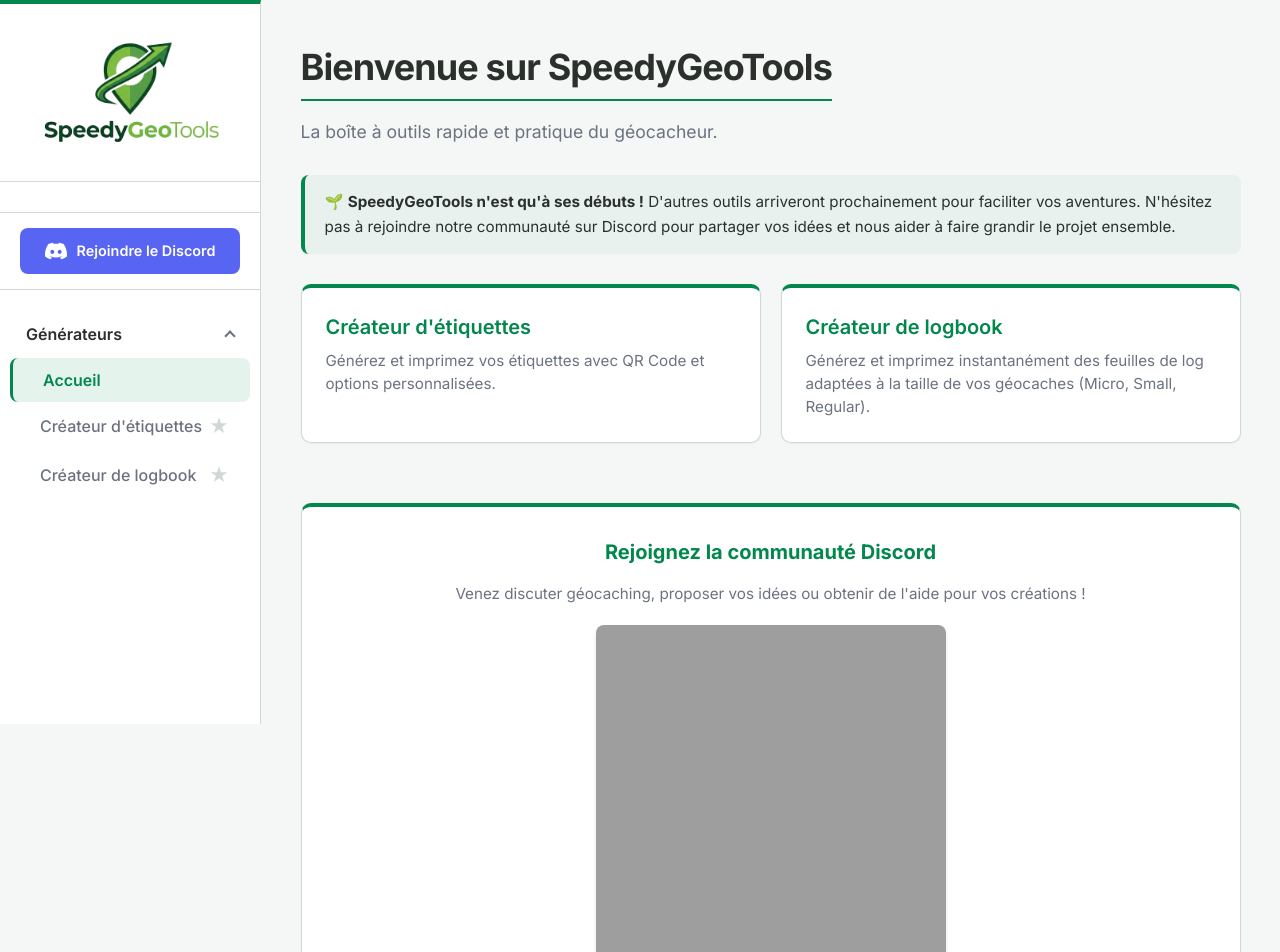
Repository: rodafux/SpeedyGeoTools
Page: index.html
These files come from the project's save history. The page is drawn as it stood at one moment and after the next save; the edit follows.
The browser window is 1280 px wide. The pictures show the part of the page from y = 0 to 952 px (the page is 1346 px tall).
Pictures or frames that could not be fetched are drawn as grey boxes.

Above is the page before, as saved 2026-04-10 23:22:30.

After the next save:
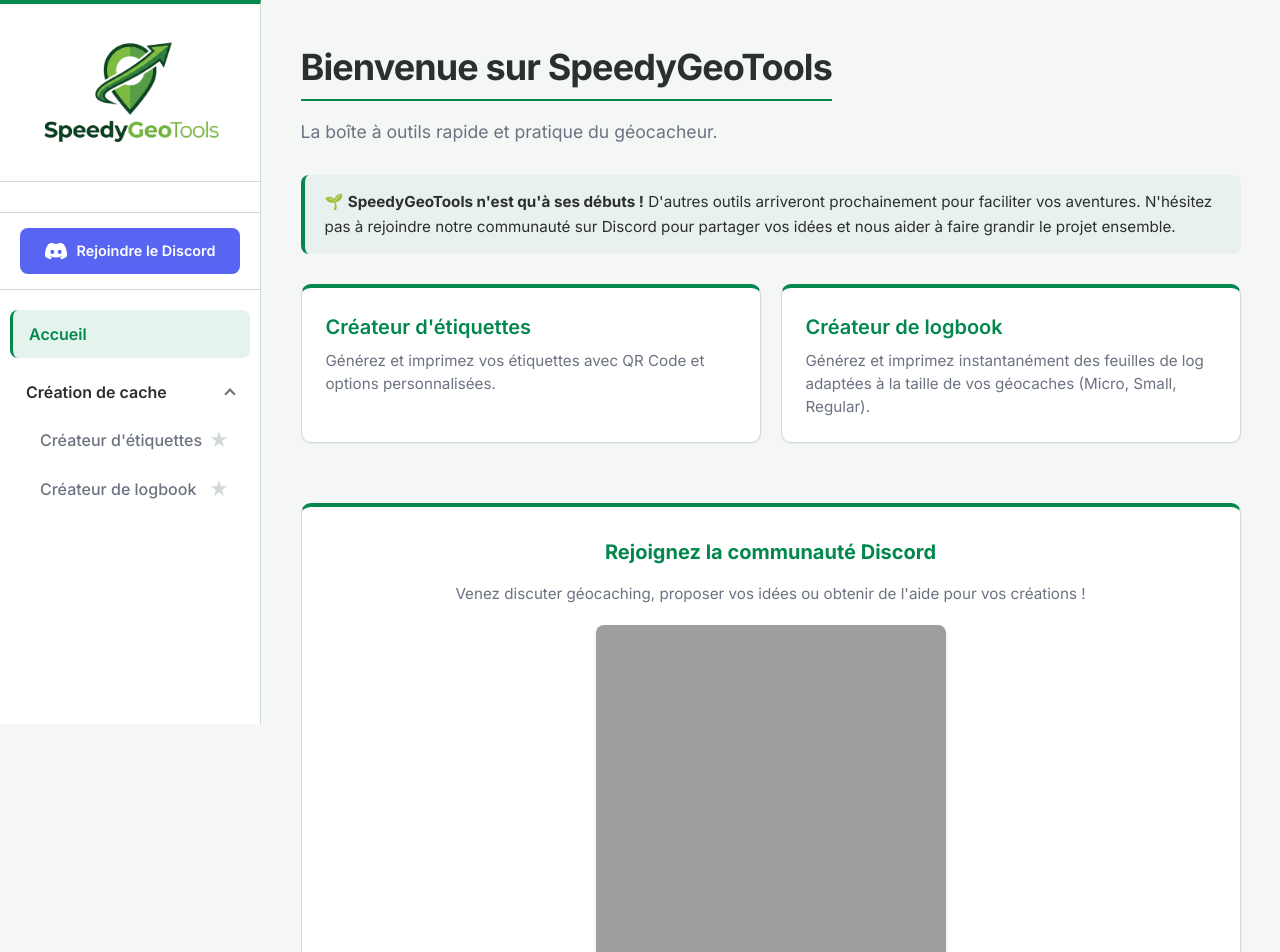
Saved 7 s later.
--- a/index.html
+++ b/index.html
@@ -24,9 +24,9 @@
             </a>
         </div>
         <div class="sidebar-nav">
+            <a href="index.html" class="active">Accueil</a>
             <details open>
-                <summary>Générateurs</summary>
-                <a href="index.html" class="active">Accueil</a>
+                <summary>Création de cache</summary>
                 <a href="etiquettes.html">Créateur d'étiquettes</a>
                 <a href="logbook.html">Créateur de logbook</a>
             </details>
@@ -64,7 +64,7 @@
         <footer class="site-footer no-print">
             <p>SpeedyGeoTools vous est utile ? <a href="https://paypal.me/JulienPorcher" target="_blank" rel="noopener noreferrer">Faites un don via PayPal</a> ❤️</p>
             <p class="disclaimer">
-                SpeedyGeoTools est un outil tiers créé par un joueur. Le logo Geocaching est une marque déposée de Groundspeak, Inc. utilizada con permiso. Ce site n'est ni affilié, ni approuvé, ni sponsorisé par Groundspeak, Inc.<br>
+                SpeedyGeoTools est un outil tiers créé par un joueur. Le logo Geocaching est une marque déposée de Groundspeak, Inc. utilisée avec permission. Ce site n'est ni affilié, ni approuvé, ni sponsorisé par Groundspeak, Inc.<br>
                 <a href="mentions-legales.html">Mentions Légales & Données Personnelles</a>
             </p>
         </footer>
